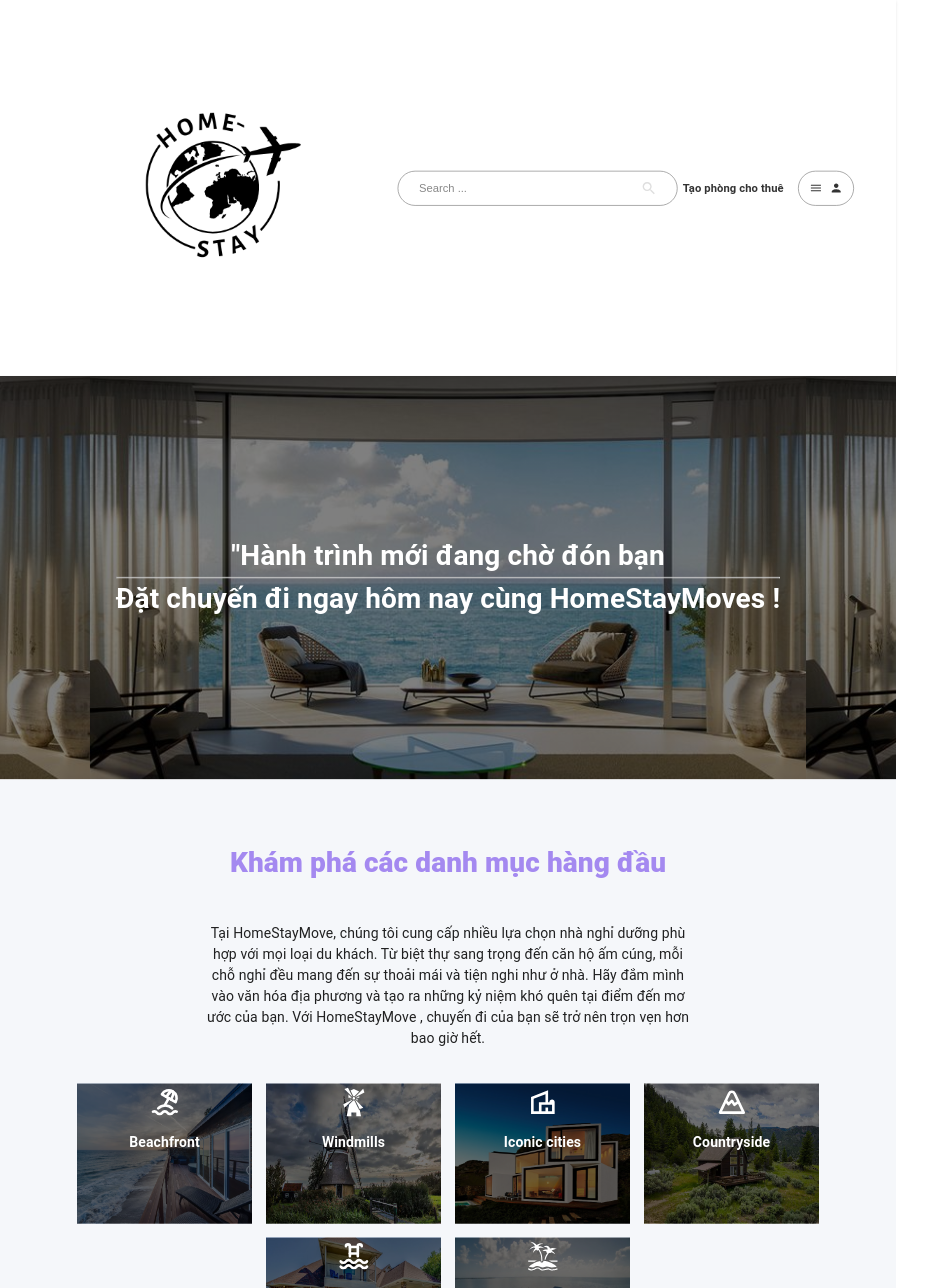
Repository: minhquang203/Homestay
Page: / (app in client/)
An editor plug-in stored every save of this project. The page is shown before and after the next save, followed by the edit.
The browser window is 1280 px wide. The page is 1342 px wide, so the pictures cover 1342 px, including what lies to the right of the window. The pictures show the part of the page from y = 0 to 1840 px (the page is 3289 px tall before and 2879 px after), at 70% of full size.
The page's requests for data from a server got no answer. The project was rebuilt for these pictures with package versions that can differ from the ones it lists, and the page was loaded fresh each time. No one was signed in, and anything a server would have sent is missing. Also part of the build but not shown: client/src/styles/ListingCard.scss, client/src/components/ListingCard.jsx, client/src/styles/variable.scss, client/src/styles/List.scss, client/src/pages/CategoryPage.jsx, client/src/styles/CreateListing.scss, client/src/pages/CreateListing.jsx, client/src/styles/ListingDetails.scss and 17 more.

Above is the page before, as saved 2025-04-03 23:47:55.

After the next save:
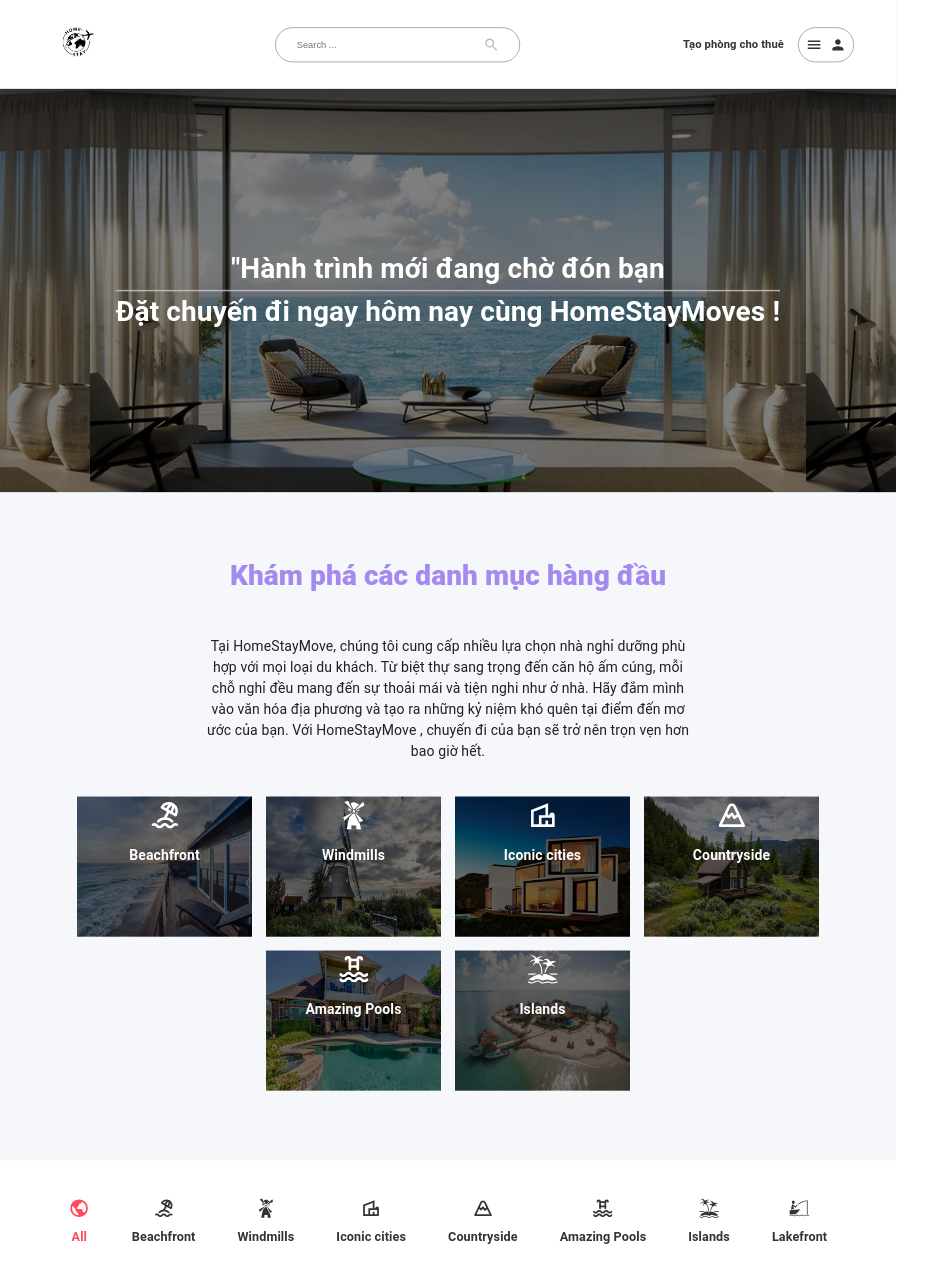
Saved 16 s later.
--- a/client/src/styles/Navbar.scss
+++ b/client/src/styles/Navbar.scss
@@ -2,54 +2,46 @@
 @import "./variable.scss";
 
 .navbar {
-  padding: 15px 60px;
+  padding: 10px 60px;
   display: flex;
   justify-content: space-between;
   align-items: center;
-  position: sticky;
-  top: 0;
-  z-index: 1000;
-  background-color: $form-background;
-  box-shadow: $box-shadow-small;
-  transition: all 0.3s ease;
+  position: relative;
+  background-color: #ffff;
+  box-shadow: $box-shadow-small;  // Dùng biến shadow nhỏ cho navbar
 
   @include media-query(sm) {
     padding: 10px 20px;
   }
 
-  /* Logo */
-  &_logo {
-    display: flex;
-    align-items: center;
-    gap: 10px;
-
-    img {
-      width: 120px;
-      cursor: pointer;
-      transition: transform 0.3s ease;
-
-      &:hover {
-        transform: scale(1.1);
-      }
-    }
+  img {
+    width: 100px;
+    cursor: pointer;
   }
 
-  /* Menu điều hướng căn giữa */
-  &_menu {
+  &_search {
+    border: 1px solid $grey;
+    border-radius: 30px;
+    height: 50px;
+    padding: 0 20px;
     display: flex;
+    gap: 20px;
     align-items: center;
-    gap: 30px;
+    width: 350px;
 
-    a {
-      text-decoration: none;
-      color: $darkgrey;
-      font-weight: 600;
-      font-size: 1rem;
-      transition: color 0.3s ease;
+    input {
+      border: none;
+      outline: none;
+      flex: 1;
+      padding: 5px 10px;
+    }
 
-      &:hover {
-        color: $pinkred;
-      }
+    &:hover {
+      box-shadow: $box-shadow-small;
+    }
+
+    @include media-query(lg) {
+      width: 500px;
     }
 
     @include media-query(sm) {
@@ -57,57 +49,6 @@
     }
   }
 
-  /* Thanh tìm kiếm */
-  &_search {
-    border: 1px solid $grey;
-    border-radius: 30px;
-    height: 50px;
-    padding: 0 20px;
-    display: flex;
-    gap: 10px;
-    align-items: center;
-    width: 400px;
-    background-color: $form-background;
-    transition: box-shadow 0.3s ease;
-
-    input {
-      border: none;
-      outline: none;
-      flex: 1;
-      padding: 5px 10px;
-      font-size: 1rem;
-      color: $darkgrey;
-      background-color: transparent;
-
-      &::placeholder {
-        color: $grey;
-      }
-    }
-
-    button {
-      background: none;
-      border: none;
-      cursor: pointer;
-      display: flex;
-      align-items: center;
-      justify-content: center;
-
-      &:disabled {
-        cursor: not-allowed;
-        opacity: 0.5;
-      }
-    }
-
-    &:hover {
-      box-shadow: $box-shadow-large;
-    }
-
-    @include media-query(sm) {
-      display: none;
-    }
-  }
-
-  /* Phần bên phải */
   &_right {
     display: flex;
     align-items: center;
@@ -118,7 +59,6 @@
       color: $darkgrey;
       font-weight: 700;
       cursor: pointer;
-      transition: color 0.3s ease;
 
       &:hover {
         color: $pinkred;
@@ -133,48 +73,36 @@
       height: 50px;
       display: flex;
       align-items: center;
-      padding: 0 15px;
+      padding: 0 10px;
       border: 1px solid $grey;
       border-radius: 30px;
       gap: 10px;
-      background-color: $form-background;
+      background-color: #ffff;
       cursor: pointer;
-      transition: box-shadow 0.3s ease, transform 0.2s ease;
+      transition: box-shadow 0.3s ease;
 
       &:hover {
         box-shadow: $box-shadow-large;
-        transform: translateY(-2px);
       }
 
       svg {
         color: $darkgrey;
-        font-size: 1.2rem;
       }
     }
 
     &_accountmenu {
       position: absolute;
-      background-color: $form-background;
+      background-color: #ffff;
       right: 60px;
       top: 80px;
       display: flex;
       flex-direction: column;
-      width: 220px;
+      width: 200px;
       padding: 10px 0;
       border: 1px solid $lightgrey;
-      border-radius: 12px;
+      border-radius: 20px;
       box-shadow: $box-shadow-large;
       z-index: 9999;
-      opacity: 0;
-      visibility: hidden;
-      transform: translateY(-10px);
-      transition: all 0.3s ease;
-
-      &.active {
-        opacity: 1;
-        visibility: visible;
-        transform: translateY(0);
-      }
 
       @include media-query(sm) {
         right: 20px;
@@ -182,12 +110,11 @@
 
       a {
         width: 100%;
-        padding: 10px 15px;
+        padding: 8px 15px;
         text-decoration: none;
-        color: $darkgrey;
-        font-weight: 600;
+        color: $grey;
+        font-weight: 700;
         display: block;
-        transition: background-color 0.3s ease, color 0.3s ease;
 
         &:hover {
           color: $pinkred;
@@ -196,10 +123,4 @@
       }
     }
   }
-
-  /* Hiệu ứng sticky khi cuộn */
-  &.scrolled {
-    background-color: $lightgrey;
-    box-shadow: $box-shadow-large;
-  }
 }
